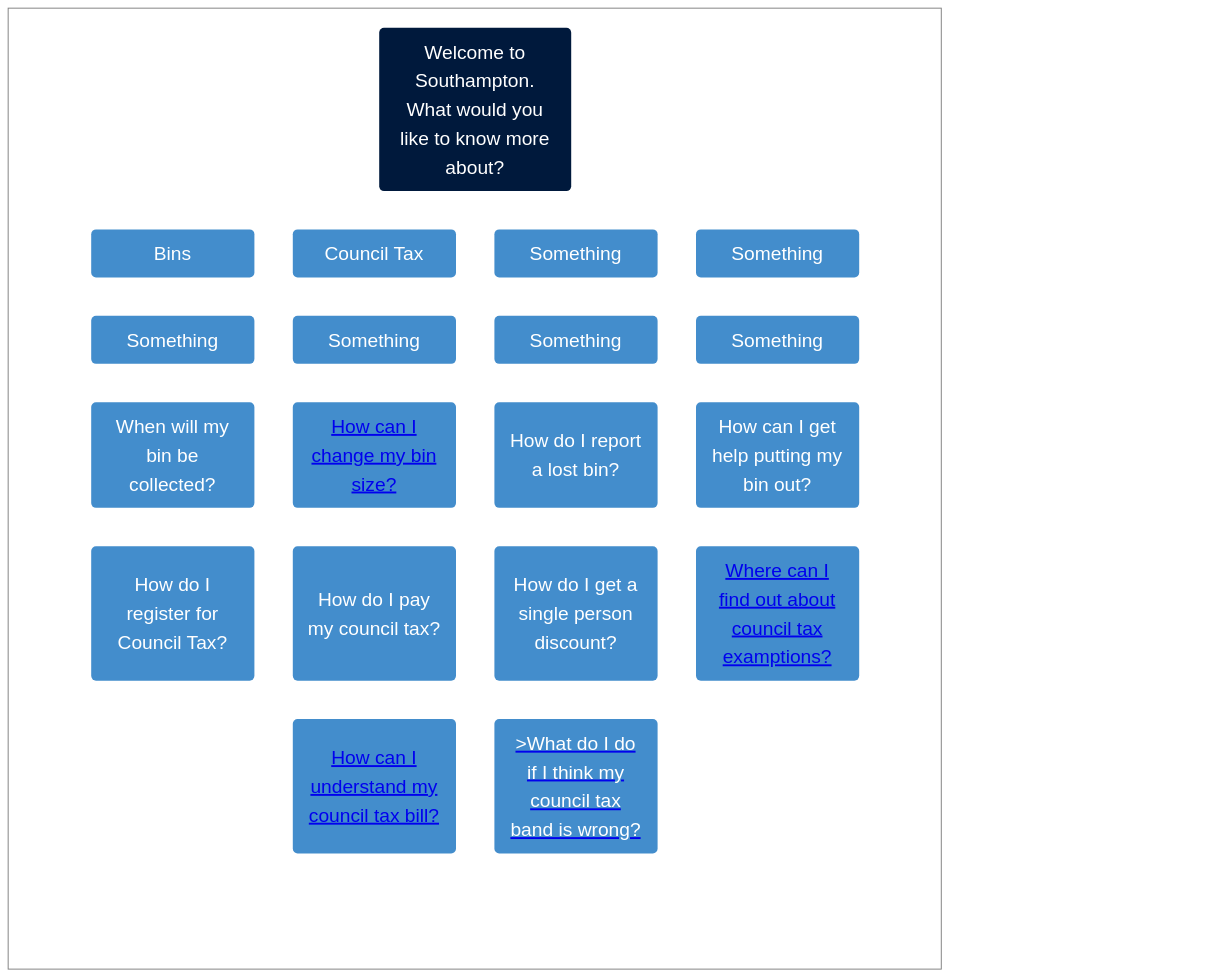
Repository: Domehead123/test
Page: index.html
The author's editor kept a record of every edit. The page is drawn from the files as they stood at one moment, then again after the next edit.
The browser window is 1280 px wide. The pictures show the whole page, at 96% of full size.

Above is the page before.

After the next edit:
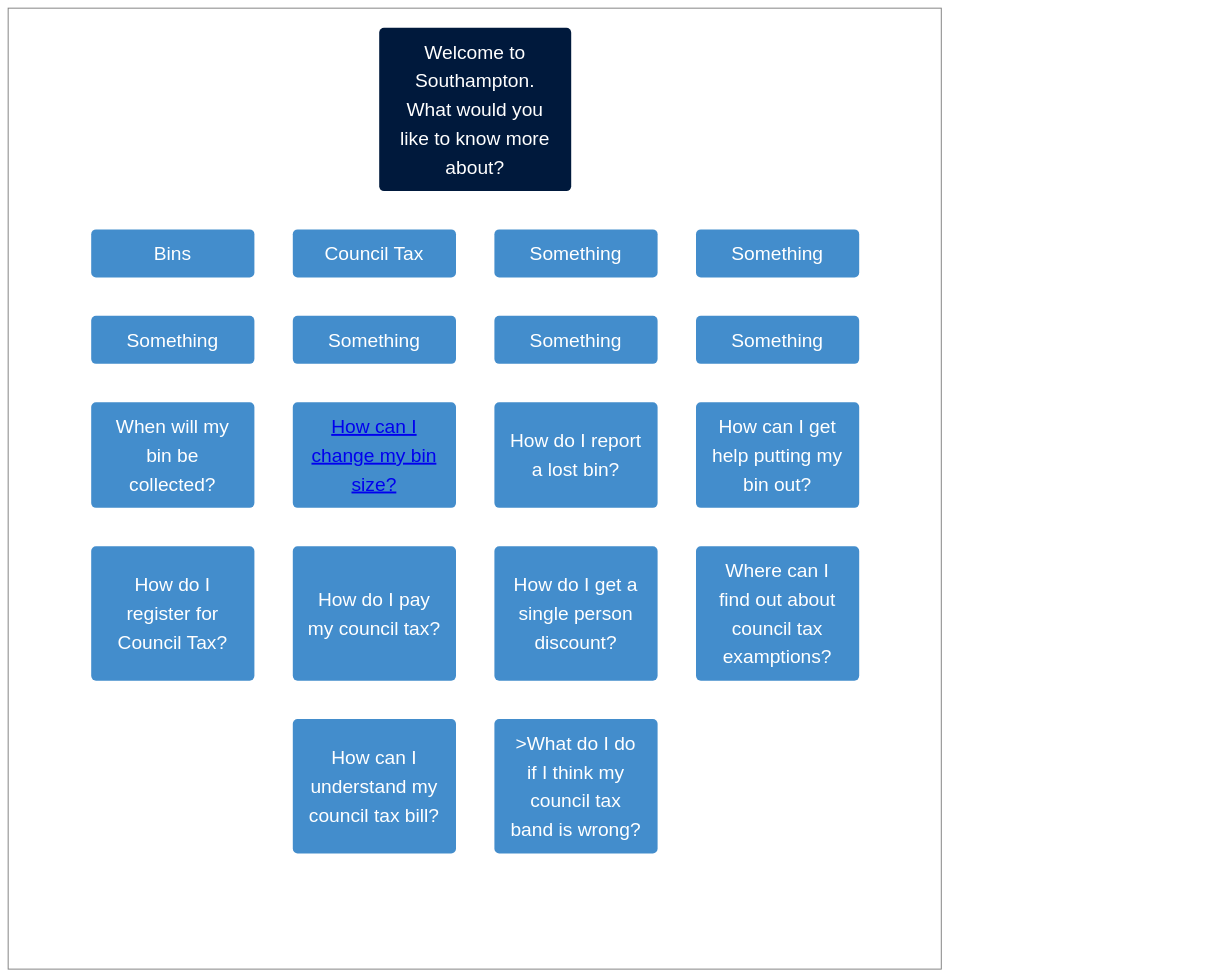
The edit:
--- a/index.html
+++ b/index.html
@@ -34,10 +34,10 @@
     <div class="option-container" id="container2">
     <div class="bottom-box"><span><a href="https://www.southampton.gov.uk/council-tax/your-council-tax/change-address.aspx">How do I register for Council Tax?</a></span></div>
     <div class="bottom-box"><span><a href="https://www.southampton.gov.uk/council-tax/your-council-tax/">How do I pay my council tax?</a></span></div>
-    <div class="bottom-box"><span><a href="https://www.southampton.gov.uk/council-tax/your-council-tax/">How do I get a single person discount?</span></div>
-    <div class="bottom-box"><span><a href="https://www.southampton.gov.uk/council-tax/your-council-tax/">Where can I find out about council tax examptions?</span></div>
-    <div class="bottom-box"><span><a href="https://www.southampton.gov.uk/council-tax/your-council-tax/">How can I understand my council tax bill?</span></div>
-    <div class="bottom-box"><span<a href="https://www.southampton.gov.uk/council-tax/your-council-tax/">>What do I do if I think my council tax band is wrong?</span></div>
+    <div class="bottom-box"><span><a href="https://www.southampton.gov.uk/council-tax/your-council-tax/">How do I get a single person discount?</a></span></div>
+    <div class="bottom-box"><span><a href="https://www.southampton.gov.uk/council-tax/your-council-tax/">Where can I find out about council tax examptions?</a></span></div>
+    <div class="bottom-box"><span><a href="https://www.southampton.gov.uk/council-tax/your-council-tax/">How can I understand my council tax bill?</a></span></div>
+    <div class="bottom-box"><span<a href="https://www.southampton.gov.uk/council-tax/your-council-tax/">>What do I do if I think my council tax band is wrong?</a></span></div>
     </div>
 
     <div id="restart">Back</div>
